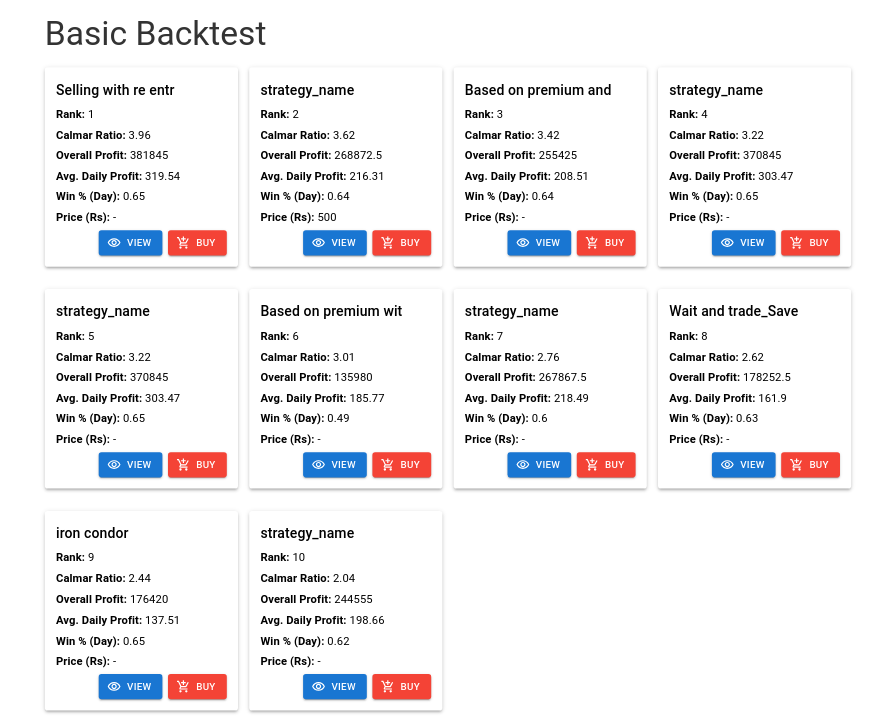
Repository: PraTEEkgUpTa2/Leaderboard
Page: /
An editor plug-in stored every save of this project. The page is shown before and after the next save, followed by the edit.
The browser window is 1280 px wide. The pictures show the part of the page from y = 0 to 1920 px (the page is 1039 px tall before and 3459 px after), at 70% of full size.
The project was rebuilt for these pictures with package versions that can differ from the ones it lists, and the page was loaded fresh each time. Also part of the build but not shown: src/App.css.

Above is the page before, as saved 2024-05-27 13:34:45.

### src/index.js
import React from 'react';
import ReactDOM from 'react-dom';
import { ThemeProvider } from '@mui/material/styles';
import App from './App';
import theme from './theme'; // Import the theme object

const root = ReactDOM.createRoot(document.getElementById('root'));
root.render(

  <ThemeProvider theme={theme}>
  <App />
</ThemeProvider>

);

// If you want to start measuring performance in your app, pass a function
// to log results (for example: reportWebVitals(console.log))
// or send to an analytics endpoint. Learn more: https://bit.ly/CRA-vitals

### src/App.js
import React from 'react';
import './App.css';
import Leaderboard from './Leaderboard';

function App() {
  return (
    <div className="App">
      <Leaderboard />
    </div>
  );
}

export default App;

### src/theme.js
// theme.js

import { createTheme } from '@mui/material/styles';

const theme = createTheme({
  palette: {
    primary: {
      main: '#1976d2', // Background color for the table header
      dark: '#135fa8', // Hover color for primary buttons
    },
    error: {
      main: '#f44336', // Background color for "Buy" button
      dark: '#d32f2f', // Hover color for "Buy" button
    },
    common: {
      white: '#fff', // Text color for table header and buttons
    },
  },
});

export default theme;

### src/Leaderboard.js
import React from 'react';
import data from './data.json';
import { Container, Typography, Box, Button } from '@mui/material';
import { VisibilityOutlined, AddShoppingCartOutlined } from '@mui/icons-material';
import { styled } from '@mui/system';

const StrategyItem = styled(Box)(({ theme }) => ({
  backgroundColor: theme.palette.background.paper,
  boxShadow: theme.shadows[3],
  borderRadius: theme.shape.borderRadius,
  transition: 'box-shadow 0.3s',
  '&:hover': {
    boxShadow: theme.shadows[5],
  },
  padding: theme.spacing(2),
  marginBottom: theme.spacing(2),
}));

const ViewButton = styled(Button)(({ theme }) => ({
  backgroundColor: theme.palette.primary.main,
  color: theme.palette.common.white,
  '&:hover': {
    backgroundColor: theme.palette.primary.dark,
  },
  '& .MuiButton-startIcon': {
    marginRight: theme.spacing(1),
  },
}));

const BuyButton = styled(Button)(({ theme }) => ({
  backgroundColor: theme.palette.error.main,
  color: theme.palette.common.white,
  '&:hover': {
    backgroundColor: theme.palette.error.dark,
  },
  '& .MuiButton-startIcon': {
    marginRight: theme.spacing(1),
  },
}));

const Leaderboard = () => {
  return (
    <Container>
      <Typography variant="h3" style={{ color: '#333', marginTop: '20px', marginBottom: '20px' }}>
        Basic Backtest
      </Typography>
      <Box display="grid" gridTemplateColumns="repeat(auto-fill, minmax(250px, 1fr))" gap={2}>
        {data.map((strategy, index) => (
          <StrategyItem key={index}>
            <Typography variant="h6" gutterBottom>
              {strategy.Name}
            </Typography>
            <Typography variant="body1" gutterBottom>
              <strong>Rank:</strong> {strategy.Rank}
            </Typography>
            <Typography variant="body1" gutterBottom>
              <strong>Calmar Ratio:</strong> {strategy["Calmar Ratio"]}
            </Typography>
            <Typography variant="body1" gutterBottom>
              <strong>Overall Profit:</strong> {strategy["Overall Profit"]}
            </Typography>
            <Typography variant="body1" gutterBottom>
              <strong>Avg. Daily Profit:</strong> {strategy["Avg. Daily Profit"]}
            </Typography>
            <Typography variant="body1" gutterBottom>
              <strong>Win % (Day):</strong> {strategy["Win %(Day)"]}
            </Typography>
            <Typography variant="body1" gutterBottom>
              <strong>Price (Rs):</strong> {strategy["Price (Rs)"] ? strategy["Price (Rs)"] : '-'}
            </Typography>
            <Box display="flex" justifyContent="flex-end">
              <ViewButton startIcon={<VisibilityOutlined />} variant="contained" sx={{ mr: 1 }}>
                View
              </ViewButton>
              <BuyButton startIcon={<AddShoppingCartOutlined />} variant="contained">
                Buy
              </BuyButton>
            </Box>
          </StrategyItem>
        ))}
      </Box>
    </Container>
  );
};

export default Leaderboard;

### src/data.json
[
    {
        "Rank": 1,
        "Name": "Selling with re entr",
        "Calmar Ratio": 3.96,
        "Overall Profit": 381845,
        "Avg. Daily Profit": 319.54,
        "Win %(Day)": 0.65,
        "Price (Rs)": null,
        "Action": "View"
    },
    {
        "Rank": 2,
        "Name": "strategy_name",
        "Calmar Ratio": 3.62,
        "Overall Profit": 268872.5,
        "Avg. Daily Profit": 216.31,
        "Win %(Day)": 0.64,
        "Price (Rs)": 500,
        "Action": "Buy"
    },
    {
        "Rank": 3,
        "Name": "Based on premium and",
        "Calmar Ratio": 3.42,
        "Overall Profit": 255425,
        "Avg. Daily Profit": 208.51,
        "Win %(Day)": 0.64,
        "Price (Rs)": null,
        "Action": "View"
    },
    {
        "Rank": 4,
        "Name": "strategy_name",
        "Calmar Ratio": 3.22,
        "Overall Profit": 370845,
        "Avg. Daily Profit": 303.47,
        "Win %(Day)": 0.65,
        "Price (Rs)": null,
        "Action": "View"
    },
    {
        "Rank": 5,
        "Name": "strategy_name",
        "Calmar Ratio": 3.22,
        "Overall Profit": 370845,
        "Avg. Daily Profit": 303.47,
        "Win %(Day)": 0.65,
        "Price (Rs)": null,
        "Action": "View"
    },
    {
        "Rank": 6,
        "Name": "Based on premium wit",
        "Calmar Ratio": 3.01,
        "Overall Profit": 135980,
        "Avg. Daily Profit": 185.77,
        "Win %(Day)": 0.49,
        "Price (Rs)": null,
        "Action": "View"
    },
    {
        "Rank": 7,
        "Name": "strategy_name",
        "Calmar Ratio": 2.76,
        "Overall Profit": 267867.5,
        "Avg. Daily Profit": 218.49,
        "Win %(Day)": 0.6,
        "Price (Rs)": null,
        "Action": "View"
    },
    {
        "Rank": 8,
        "Name": "Wait and trade_Save",
        "Calmar Ratio": 2.62,
        "Overall Profit": 178252.5,
        "Avg. Daily Profit": 161.9,
        "Win %(Day)": 0.63,
        "Price (Rs)": null,
        "Action": "View"
    },
    {
        "Rank": 9,
        "Name": "iron condor",
        "Calmar Ratio": 2.44,
        "Overall Profit": 176420,
        "Avg. Daily Profit": 137.51,
        "Win %(Day)": 0.65,
        "Price (Rs)": null,
        "Action": "View"
    },
    {
        "Rank": 10,
        "Name": "strategy_name",
        "Calmar Ratio": 2.04,
        "Overall Profit": 244555,
        "Avg. Daily Profit": 198.66,
        "Win %(Day)": 0.62,
        "Price (Rs)": null,
        "Action": "View"
    }
]

Loaded but not shown: public/index.html (common file)

After the next save:
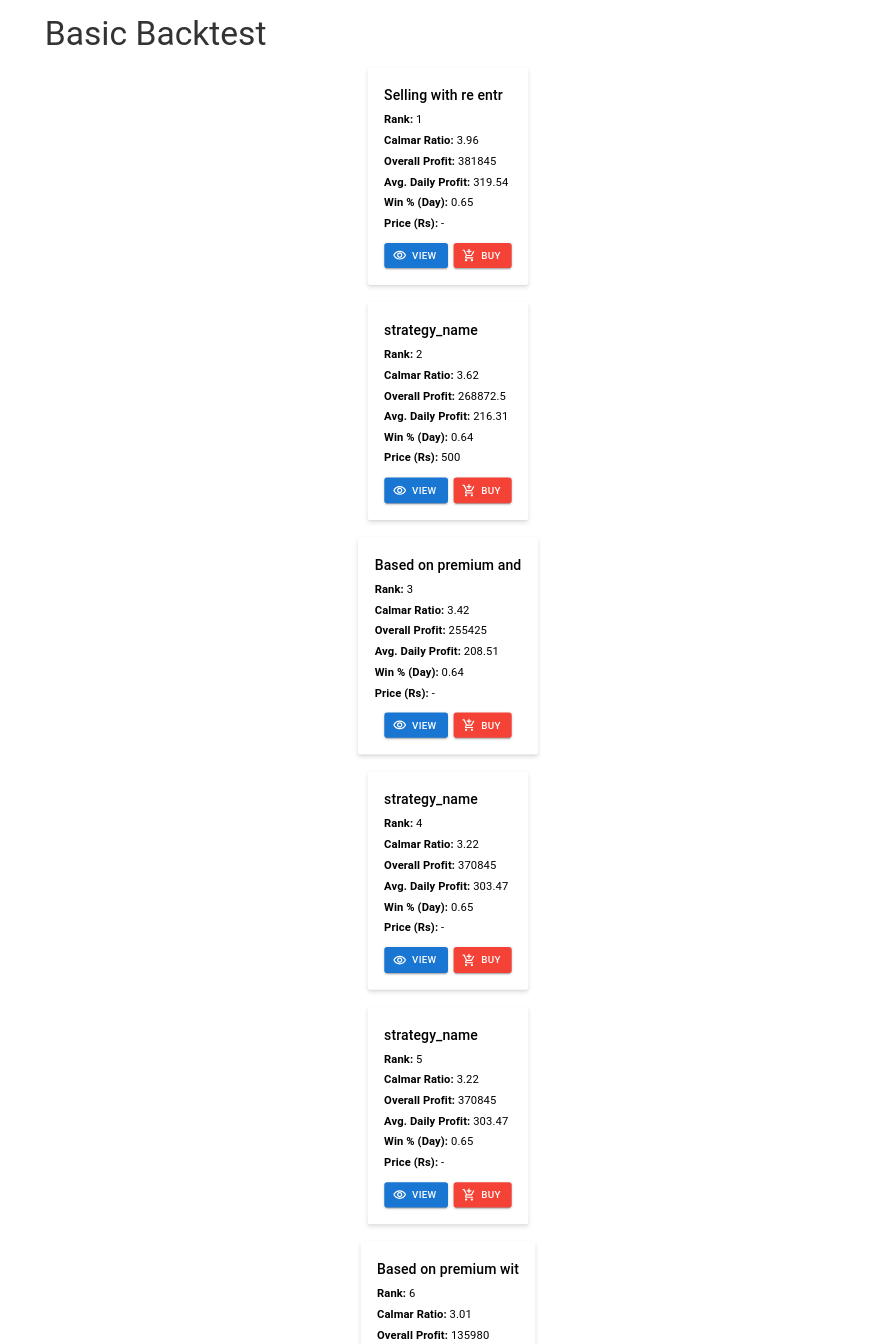
Saved 96 s later.
--- a/src/Leaderboard.js
+++ b/src/Leaderboard.js
@@ -6,14 +6,15 @@ import { styled } from '@mui/system';
 
 const StrategyItem = styled(Box)(({ theme }) => ({
   backgroundColor: theme.palette.background.paper,
-  boxShadow: theme.shadows[3],
   borderRadius: theme.shape.borderRadius,
-  transition: 'box-shadow 0.3s',
+  padding: theme.spacing(3),
+  marginBottom: theme.spacing(3),
+  boxShadow: `0 4px 6px rgba(0, 0, 0, 0.1), 0 1px 3px rgba(0, 0, 0, 0.08)`,
+  transition: 'transform 0.3s',
   '&:hover': {
-    boxShadow: theme.shadows[5],
+    transform: 'scale(1.05)',
+    boxShadow: `0 8px 12px rgba(0, 0, 0, 0.15), 0 4px 6px rgba(0, 0, 0, 0.1)`,
   },
-  padding: theme.spacing(2),
-  marginBottom: theme.spacing(2),
 }));
 
 const ViewButton = styled(Button)(({ theme }) => ({
@@ -44,7 +45,7 @@ const Leaderboard = () => {
       <Typography variant="h3" style={{ color: '#333', marginTop: '20px', marginBottom: '20px' }}>
         Basic Backtest
       </Typography>
-      <Box display="grid" gridTemplateColumns="repeat(auto-fill, minmax(250px, 1fr))" gap={2}>
+      <Box display="flex" flexDirection="column" alignItems="center">
         {data.map((strategy, index) => (
           <StrategyItem key={index}>
             <Typography variant="h6" gutterBottom>
@@ -68,7 +69,7 @@ const Leaderboard = () => {
             <Typography variant="body1" gutterBottom>
               <strong>Price (Rs):</strong> {strategy["Price (Rs)"] ? strategy["Price (Rs)"] : '-'}
             </Typography>
-            <Box display="flex" justifyContent="flex-end">
+            <Box display="flex" justifyContent="center" marginTop="16px">
               <ViewButton startIcon={<VisibilityOutlined />} variant="contained" sx={{ mr: 1 }}>
                 View
               </ViewButton>
